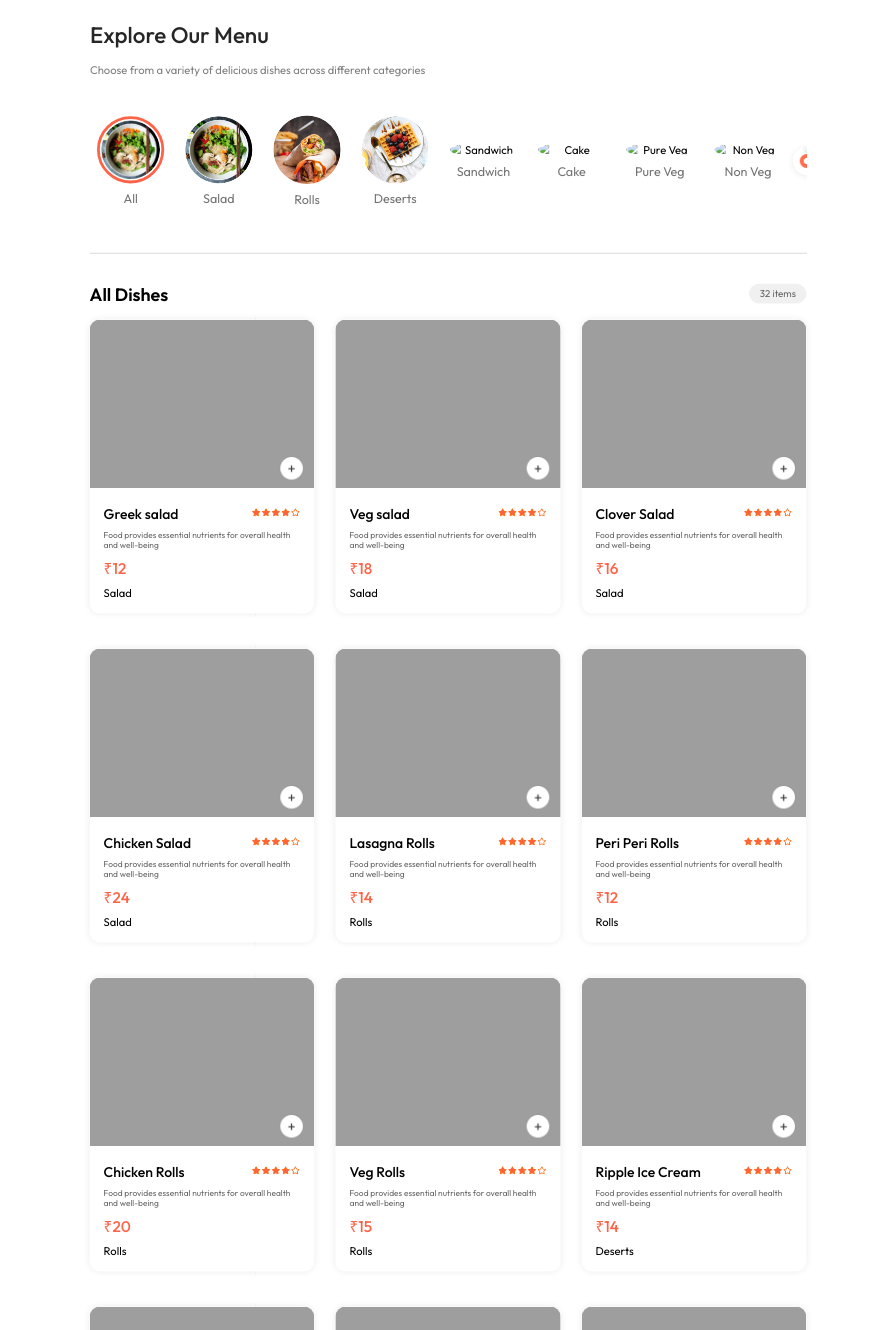
Repository: keyursanglikar/Hotel-Manangement
Page: / (app in frontend/)
These files come from the project's save history. The page is drawn as it stood at one moment and after a run of saves; the edit follows.
The browser window is 1280 px wide. The pictures show the part of the page from y = 609 to 2509 px (the page is 9373 px tall), at 70% of full size.
The page's requests for data from a server got no answer. The project was rebuilt for these pictures with package versions that can differ from the ones it lists, and the page was loaded fresh each time. No one was signed in, and anything a server would have sent is missing. Also part of the build but not shown: frontend/vite.config.js, frontend/src/pages/Cart/Cart.css, frontend/src/pages/Cart/Cart.jsx, frontend/src/pages/PlaceOrder/PlaceOrder.jsx, frontend/src/components/LoginPopup/LoginPopup.css, frontend/src/components/LoginPopup/LoginPopup.jsx, frontend/src/pages/Verify/Verify.css, frontend/src/pages/Verify/Verify.jsx and 2 more.

Above is the page before, as saved 2025-12-04 22:57:17.

After the next 3 saves:
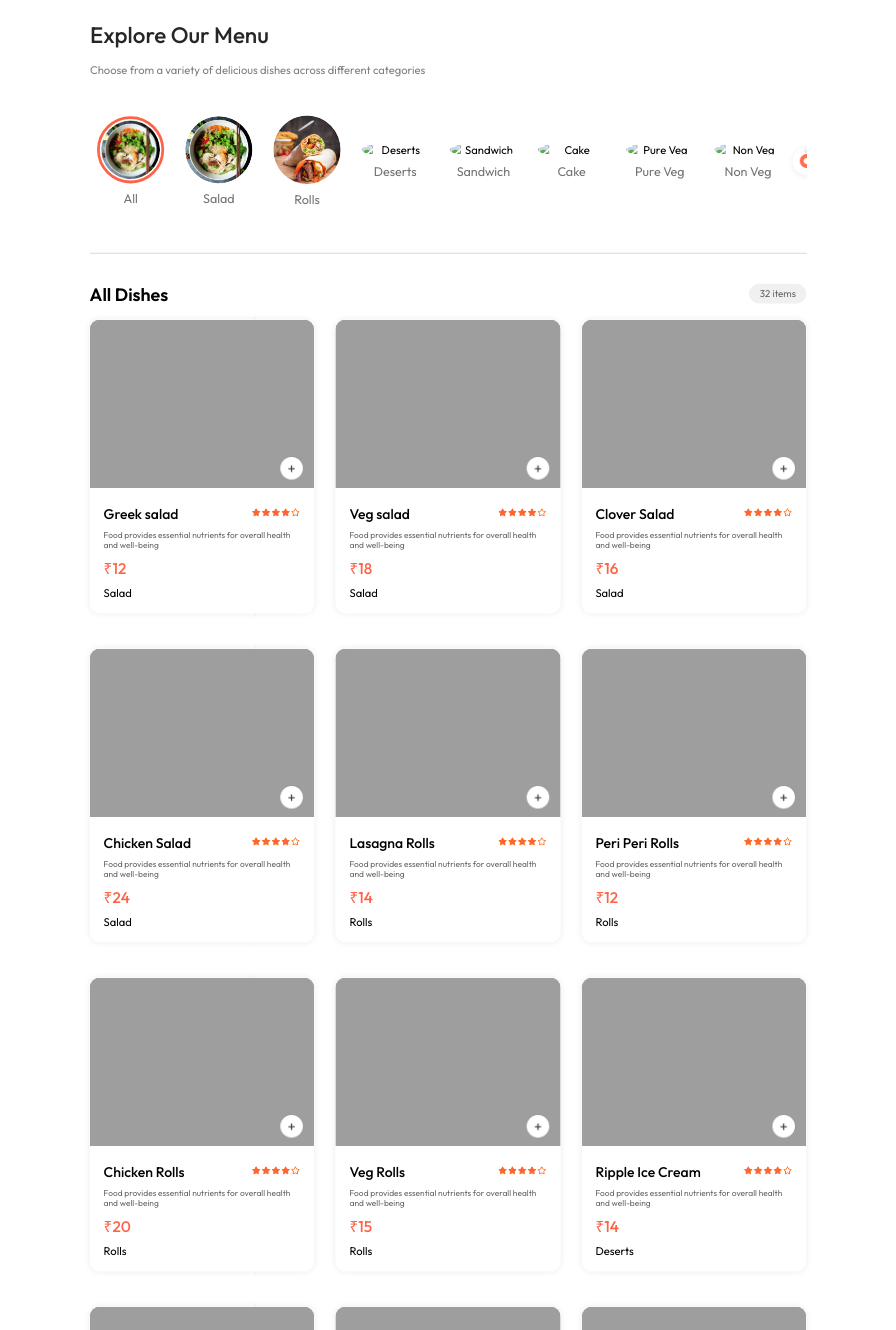
The 3 saves are shown as one change because they came seconds apart.
The last was saved 22 s later.
--- a/frontend/src/assets/assets.js
+++ b/frontend/src/assets/assets.js
@@ -477,7 +477,7 @@ export const menu_list = [
         menu_image: menu_2
     },
     {
-        menu_name: "Deserts",
+        menu_name: "",
         menu_image: menu_3
     },
     {
